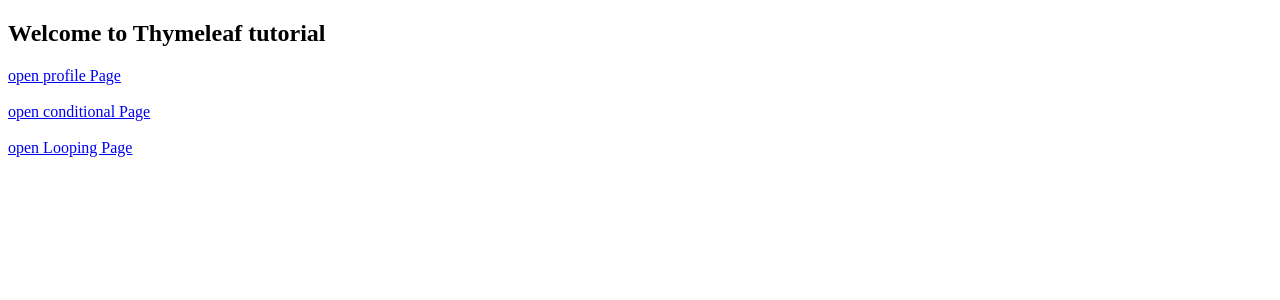
Repository: UtkarshYadav01/SpringBoot
Page: SpringBootRegLoginApp/src/main/resources/static/index.html
These files come from the project's save history. The page is drawn as it stood at one moment and after the next save; the edit follows.
The browser window is 1280 px wide. The pictures show the whole page.

Above is the page before, as saved 2025-02-06 01:35:09.

### SpringBootRegLoginApp/src/main/resources/static/index.html
<!DOCTYPE html>
<html lang="en">

<head>
	<meta charset="UTF-8">
	<title>index.html</title>
</head>

<body>
	<h2> Welcome to Thymeleaf tutorial</h2>
	<a href="openProfile">open profile Page</a> <br /><br />
	<a href="openConditional">open conditional Page</a> <br /><br />
	<a href="openLooping">open Looping Page</a> <br /><br />
</body>

</html>

After the next save:
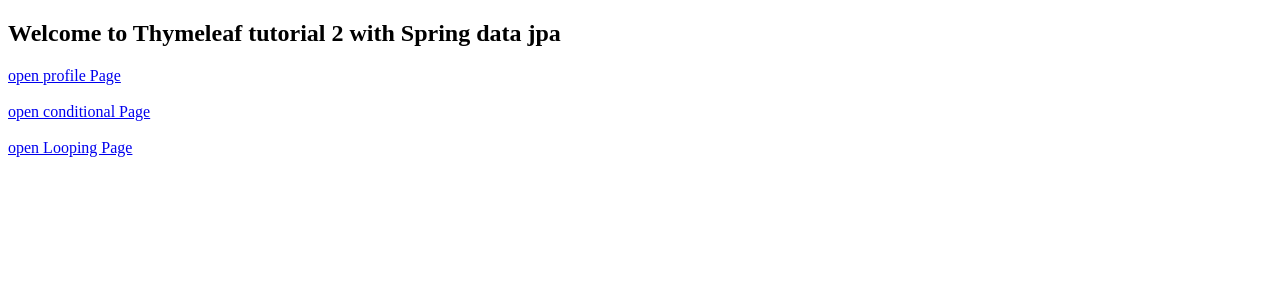
Saved 4 min 17 s later.
--- a/SpringBootRegLoginApp/src/main/resources/static/index.html
+++ b/SpringBootRegLoginApp/src/main/resources/static/index.html
@@ -7,7 +7,7 @@
 </head>
 
 <body>
-	<h2> Welcome to Thymeleaf tutorial</h2>
+	<h2> Welcome to Thymeleaf tutorial 2 with Spring data jpa</h2>
 	<a href="openProfile">open profile Page</a> <br /><br />
 	<a href="openConditional">open conditional Page</a> <br /><br />
 	<a href="openLooping">open Looping Page</a> <br /><br />
